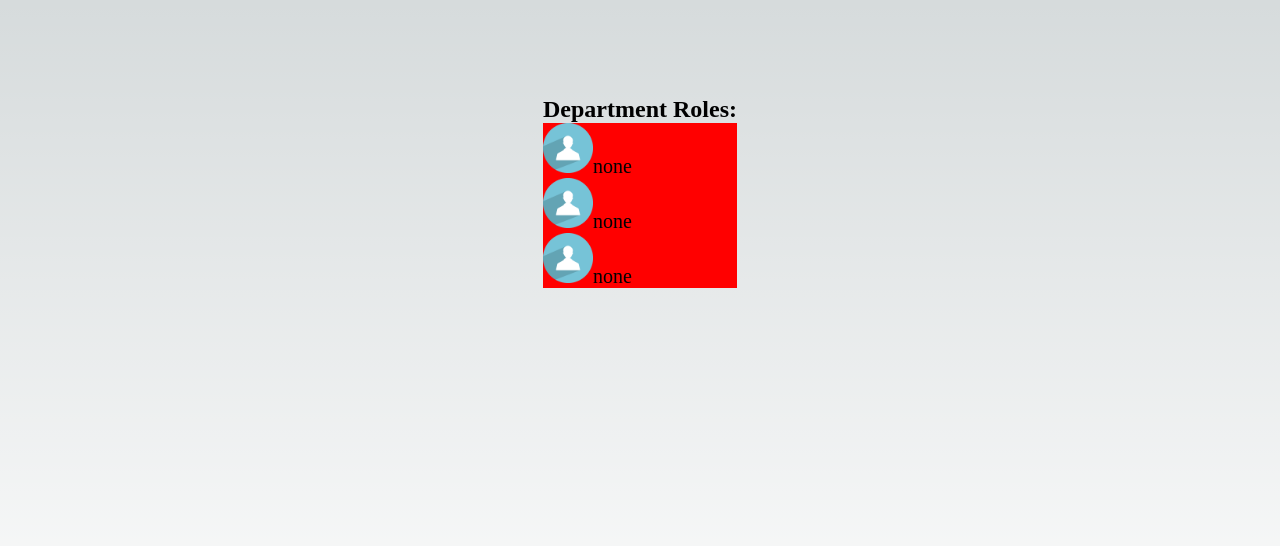
Repository: anikagrewal/week3example
Page: /about
These files come from the project's save history. The page is drawn as it stood at one moment and after the next save; the edit follows.
The browser window is 1280 px wide. The pictures show the whole page.
The project was rebuilt for these pictures with package versions that can differ from the ones it lists, and the page was loaded fresh each time. The framework's server and built-in components were replaced by stand-ins that run in the browser. Also part of the build but not shown: next.config.js.

Above is the page before, as saved 2023-01-18 14:07:20.

After the next save:
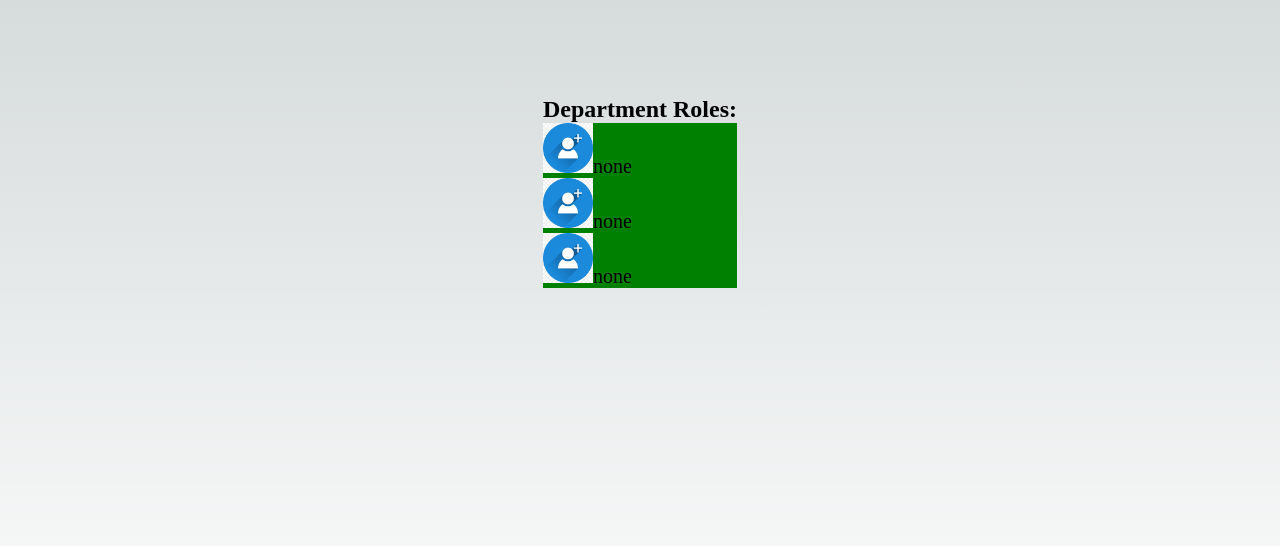
Saved 106 s later.
--- a/pages/about.js
+++ b/pages/about.js
@@ -29,7 +29,7 @@
 {details && details.map((det, workplace) => {
   if(det.department === "Frontend Developer") {
     return (
-      <Card key={workplace} role={det.role} colour="red" font="20px"/>
+      <Card key={workplace} role={det.role} colour="green" font="20px"/>
     )
   }
 
